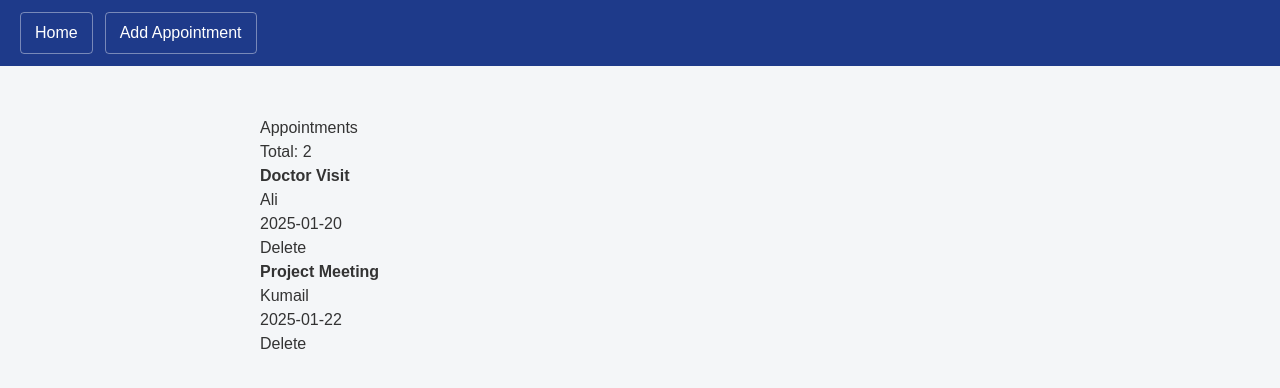
Repository: kumeil99/Appointment-Manager
Page: /
These files come from the project's save history. The page is drawn as it stood at one moment and after the next save; the edit follows.
The browser window is 1280 px wide. The pictures show the whole page.
The project was rebuilt for these pictures with package versions that can differ from the ones it lists, and the page was loaded fresh each time. Also part of the build but not shown: src/pages/CreateAppointment.js.

Above is the page before, as saved 2025-12-13 22:09:52.

After the next save:
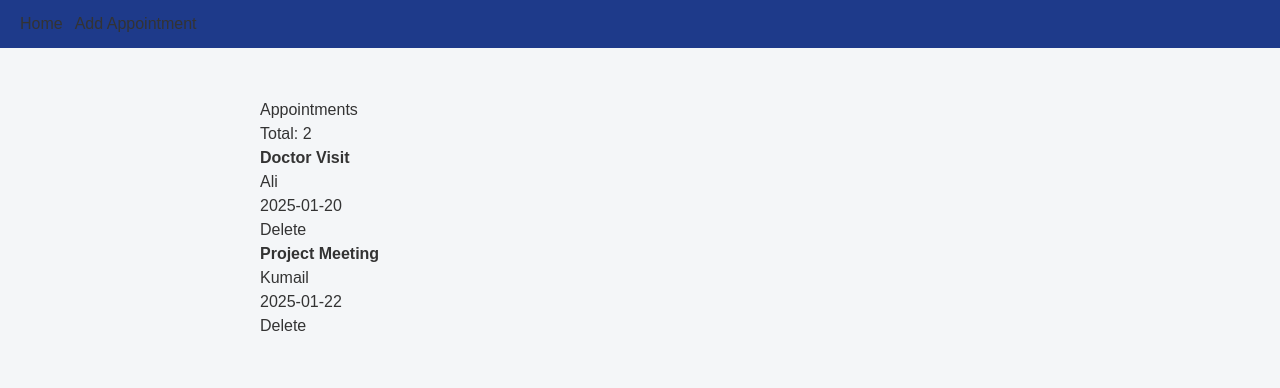
Saved 33 s later.
--- a/src/components/Navbar.js
+++ b/src/components/Navbar.js
@@ -1,8 +1,10 @@
-const Navbar = ({ setPage }) => {
+import { Link } from "react-router-dom";
+
+const Navbar = () => {
   return (
     <div className="navbar">
-      <button onClick={() => setPage("home")}>Home</button>
-      <button onClick={() => setPage("create")}>Add Appointment</button>
+      <Link to="/">Home</Link>
+      <Link to="/create">Add Appointment</Link>
     </div>
   );
 };

After the save that followed:
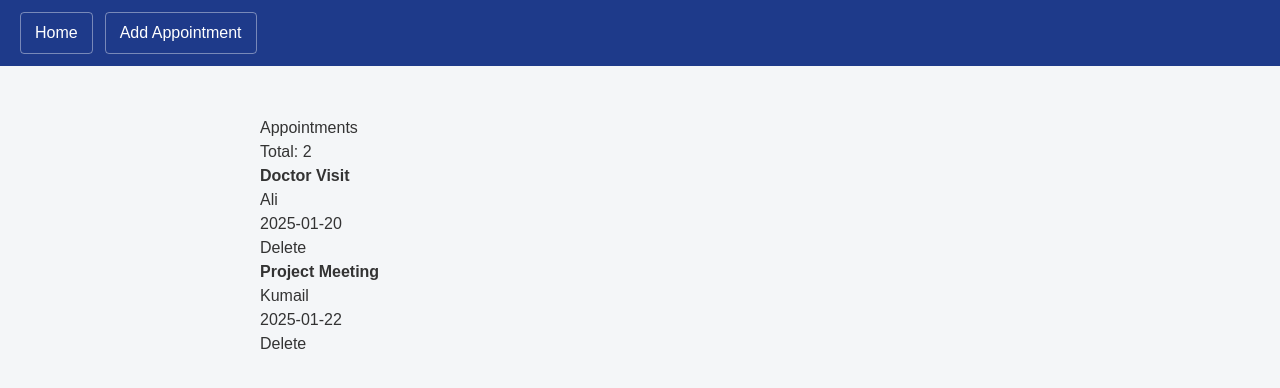
Saved 25 s later.
--- a/src/components/Navbar.js
+++ b/src/components/Navbar.js
@@ -1,10 +1,8 @@
-import { Link } from "react-router-dom";
-
-const Navbar = () => {
+const Navbar = ({ setPage }) => {
   return (
     <div className="navbar">
-      <Link to="/">Home</Link>
-      <Link to="/create">Add Appointment</Link>
+      <button onClick={() => setPage("home")}>Home</button>
+      <button onClick={() => setPage("create")}>Add Appointment</button>
     </div>
   );
 };
